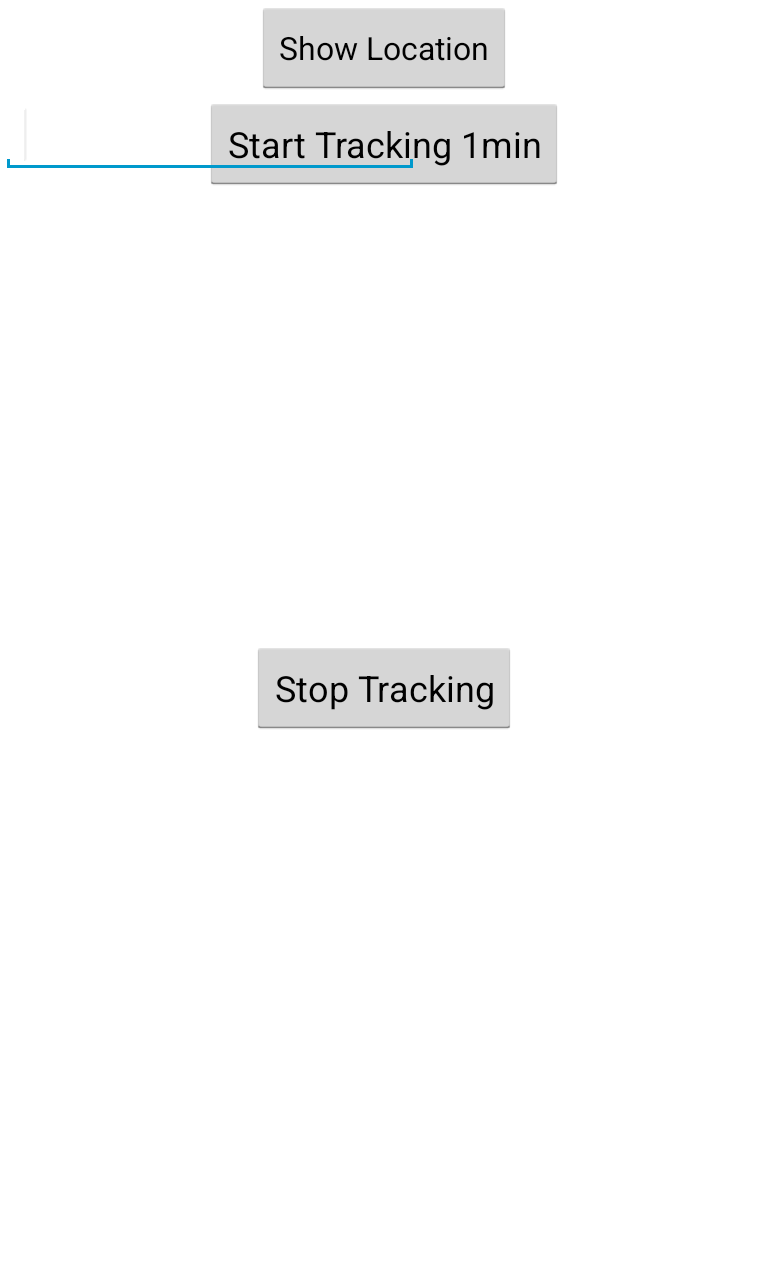
Repository: Jonieye/gps-story
Layout: Workspace/com.joni.android.first/res/layout/activity_main.xml
The author's editor kept a copy of each file at every save. The layout is drawn from the files as they stood at one save, then again after the next save.
It is drawn on a 768 x 1280 px phone screen (xhdpi) without system bars, with theme AppTheme; the app's code is not run.

Above is the layout before, as saved 2014-10-18 11:41:58.

### Workspace/com.joni.android.first/res/layout/activity_main.xml
<LinearLayout xmlns:android="http://schemas.android.com/apk/res/android"
    android:layout_width="fill_parent"
    android:layout_height="fill_parent"
    android:orientation="vertical" >

    <GridLayout
        android:layout_width="match_parent"
        android:layout_height="match_parent"
        android:columnCount="1" >

        <Button
            android:id="@+id/stopLocation"
            android:layout_width="wrap_content"
            android:layout_height="wrap_content"
            android:layout_column="0"
            android:layout_gravity="center"
            android:layout_row="9"
            android:text="Stop Tracking" />

        <Button
            android:id="@+id/startLocation"
            android:layout_width="wrap_content"
            android:layout_height="wrap_content"
            android:layout_column="0"
            android:layout_gravity="center_horizontal|top"
            android:layout_row="9"
            android:text="Start Tracking 1min" />

        <Button
            android:id="@+id/showLocation"
            style="@style/AppTheme"
            android:layout_width="wrap_content"
            android:layout_height="wrap_content"
            android:layout_column="0"
            android:layout_gravity="center_horizontal|top"
            android:layout_row="1"
            android:text="Show Location" />

        <EditText
            android:id="@+id/editText1"
            android:layout_column="0"
            android:layout_gravity="left|top"
            android:layout_row="9"
            android:ems="10" >

            <requestFocus />
        </EditText>

    </GridLayout>

</LinearLayout>

Loaded but not shown: Workspace/com.joni.android.first/res/values/styles.xml (common file); Workspace/com.joni.android.first/res/values-v11/styles.xml (common file); Workspace/com.joni.android.first/res/values-v14/styles.xml (common file)

After the next save:
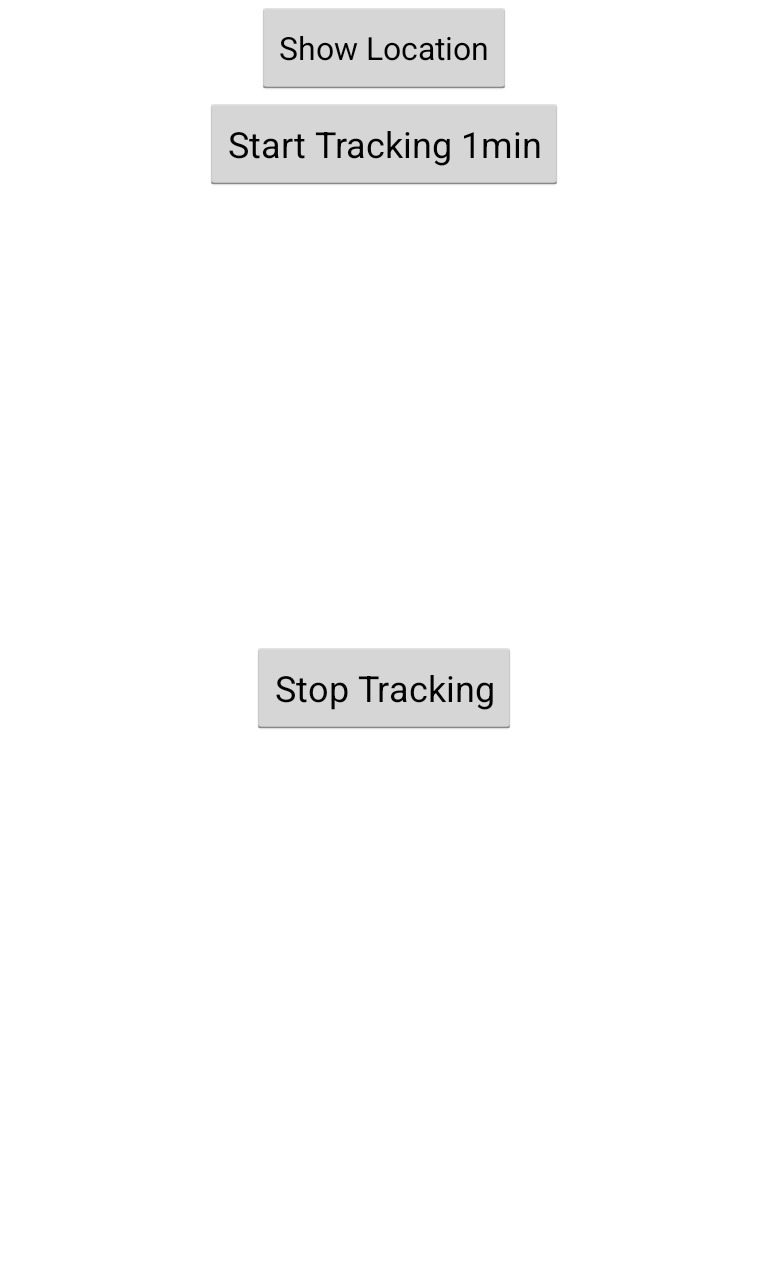
Saved 13 s later.
--- a/Workspace/com.joni.android.first/res/layout/activity_main.xml
+++ b/Workspace/com.joni.android.first/res/layout/activity_main.xml
@@ -36,16 +36,6 @@
             android:layout_row="1"
             android:text="Show Location" />
 
-        <EditText
-            android:id="@+id/editText1"
-            android:layout_column="0"
-            android:layout_gravity="left|top"
-            android:layout_row="9"
-            android:ems="10" >
-
-            <requestFocus />
-        </EditText>
-
     </GridLayout>
 
 </LinearLayout>
